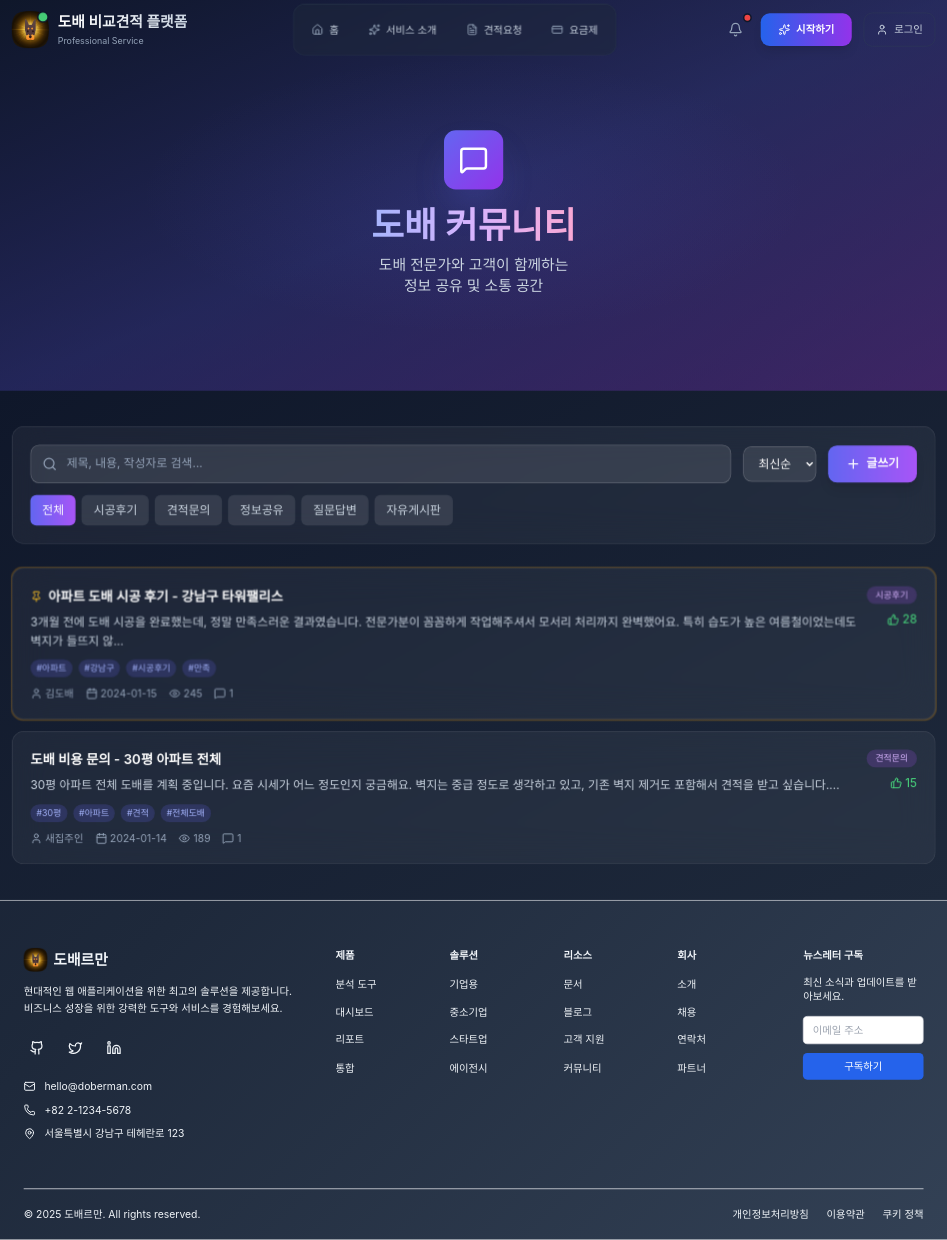
Repository: rambozzang/doberman_nextjs
Page: /board
The author's editor kept a copy of each file at every save. The page is drawn from the files as they stood at one save, then again after the next save.
The browser window is 1280 px wide. The pictures show the whole page, at 74% of full size.
The project was rebuilt for these pictures with package versions that can differ from the ones it lists, and the page was loaded fresh each time. The framework's server and built-in components were replaced by stand-ins that run in the browser. Also part of the build but not shown: next.config.mjs, next.config.ts, src/components/LoginModal.tsx.

Above is the page before, as saved 2025-06-23 08:07:47.

### src/app/layout.tsx
import type { Metadata } from "next";
import { Geist, Geist_Mono } from "next/font/google";
import "./globals.css";
import QueryProvider from "@/providers/QueryProvider";
import { GlobalProvider } from "@/providers/GlobalProvider";
import Header from "@/components/Header";
import Footer from "@/components/Footer";

const geistSans = Geist({
  variable: "--font-geist-sans",
  subsets: ["latin"],
});

const geistMono = Geist_Mono({
  variable: "--font-geist-mono",
  subsets: ["latin"],
});

export const metadata: Metadata = {
  title: "Doberman - Next.js App",
  description: "Modern Next.js application with Zustand and TanStack Query",
};

export default function RootLayout({
  children,
}: Readonly<{
  children: React.ReactNode;
}>) {
  return (
    <html lang="ko">
      <body
        className={`${geistSans.variable} ${geistMono.variable} antialiased`}
      >
        <QueryProvider>
          <GlobalProvider>
            <Header />
            <main className="min-h-screen">
              {children}
            </main>
            <Footer />
          </GlobalProvider>
        </QueryProvider>
      </body>
    </html>
  );
}

### src/providers/QueryProvider.tsx
'use client';

import { QueryClient, QueryClientProvider } from '@tanstack/react-query';
import { useState } from 'react';

export default function QueryProvider({
  children,
}: {
  children: React.ReactNode;
}) {
  const [queryClient] = useState(() => new QueryClient({
    defaultOptions: {
      queries: {
        staleTime: 60 * 1000, // 1분
        refetchOnWindowFocus: false,
      },
    },
  }));

  return (
    <QueryClientProvider client={queryClient}>
      {children}
    </QueryClientProvider>
  );
}

### src/providers/GlobalProvider.tsx
"use client";

import React from "react";

export function GlobalProvider({ children }: { children: React.ReactNode }) {
  return (
    <>
      {children}
    </>
  );
}

### src/components/Footer.tsx
"use client";

import React from "react";
import Link from "next/link";
import { motion } from "framer-motion";
import { Github, Twitter, Linkedin, Mail, Phone, MapPin } from "lucide-react";

import Image from "next/image";

interface FooterLink {
  title: string;
  href: string;
}

interface FooterSection {
  title: string;
  links: FooterLink[];
}

interface SocialLink {
  name: string;
  href: string;
  icon: React.ReactNode;
}

interface FooterProps {
  logo?: string;
  description?: string;
  sections?: FooterSection[];
  socialLinks?: SocialLink[];
  contactInfo?: {
    email?: string;
    phone?: string;
    address?: string;
  };
  showNewsletter?: boolean;
}

const defaultSections: FooterSection[] = [
  {
    title: "제품",
    links: [
      { title: "분석 도구", href: "/analytics" },
      { title: "대시보드", href: "/dashboard" },
      { title: "리포트", href: "/reports" },
      { title: "통합", href: "/integrations" },
    ],
  },
  {
    title: "솔루션",
    links: [
      { title: "기업용", href: "/enterprise" },
      { title: "중소기업", href: "/small-business" },
      { title: "스타트업", href: "/startups" },
      { title: "에이전시", href: "/agencies" },
    ],
  },
  {
    title: "리소스",
    links: [
      { title: "문서", href: "/docs" },
      { title: "블로그", href: "/blog" },
      { title: "고객 지원", href: "/help" },
      { title: "커뮤니티", href: "/community" },
    ],
  },
  {
    title: "회사",
    links: [
      { title: "소개", href: "/about" },
      { title: "채용", href: "/careers" },
      { title: "연락처", href: "/contact" },
      { title: "파트너", href: "/partners" },
    ],
  },
];

const defaultSocialLinks: SocialLink[] = [
  {
    name: "GitHub",
    href: "https://github.com",
    icon: <Github className="w-5 h-5" />,
  },
  {
    name: "Twitter",
    href: "https://twitter.com",
    icon: <Twitter className="w-5 h-5" />,
  },
  {
    name: "LinkedIn",
    href: "https://linkedin.com",
    icon: <Linkedin className="w-5 h-5" />,
  },
];

const Footer: React.FC<FooterProps> = ({
  logo = "도배르만",
  description = "현대적인 웹 애플리케이션을 위한 최고의 솔루션을 제공합니다. 비즈니스 성장을 위한 강력한 도구와 서비스를 경험해보세요.",
  sections = defaultSections,
  socialLinks = defaultSocialLinks,
  contactInfo = {
    email: "hello@doberman.com",
    phone: "+82 2-1234-5678",
    address: "서울특별시 강남구 테헤란로 123",
  },
  showNewsletter = true,
}) => {
  const handleNewsletterSubmit = (e: React.FormEvent) => {
    e.preventDefault();
    // 뉴스레터 구독 로직
    console.log("뉴스레터 구독");
  };

  return (
    <footer className="bg-background border-t border-border">
      <div className="container mx-auto px-4 sm:px-6 lg:px-8">
        {/* Main Footer Content */}
        <div className="py-12 lg:py-16">
          <div className="grid grid-cols-1 lg:grid-cols-12 gap-8 lg:gap-12">
            {/* Company Info */}
            <div className="lg:col-span-4 space-y-6">
              <motion.div
                initial={{ opacity: 0, y: 20 }}
                whileInView={{ opacity: 1, y: 0 }}
                transition={{ duration: 0.5 }}
                viewport={{ once: true }}
              >
                <Link href="/" className="flex items-center space-x-2 mb-4">
                  <Image src="/images/logo.png" alt="logo" width={32} height={32} />
                  <span className="text-xl font-bold text-foreground">{logo}</span>
                </Link>
                <p className="text-muted-foreground text-sm leading-relaxed">
                  {description}
                </p>
              </motion.div>

              {/* Social Links */}
              <motion.div
                initial={{ opacity: 0, y: 20 }}
                whileInView={{ opacity: 1, y: 0 }}
                transition={{ duration: 0.5, delay: 0.1 }}
                viewport={{ once: true }}
                className="flex space-x-4"
              >
                {socialLinks.map((social) => (
                  <motion.a
                    key={social.name}
                    href={social.href}
                    target="_blank"
                    rel="noopener noreferrer"
                    whileHover={{ scale: 1.1 }}
                    whileTap={{ scale: 0.95 }}
                    className="p-2 rounded-lg bg-accent/50 text-muted-foreground hover:text-foreground hover:bg-accent transition-colors"
                    aria-label={social.name}
                  >
                    {social.icon}
                  </motion.a>
                ))}
              </motion.div>

              {/* Contact Info */}
              {contactInfo && (
                <motion.div
                  initial={{ opacity: 0, y: 20 }}
                  whileInView={{ opacity: 1, y: 0 }}
                  transition={{ duration: 0.5, delay: 0.2 }}
                  viewport={{ once: true }}
                  className="space-y-3"
                >
                  {contactInfo.email && (
                    <div className="flex items-center space-x-3 text-sm text-muted-foreground">
                      <Mail className="w-4 h-4" />
                      <span>{contactInfo.email}</span>
                    </div>
                  )}
                  {contactInfo.phone && (
                    <div className="flex items-center space-x-3 text-sm text-muted-foreground">
                      <Phone className="w-4 h-4" />
                      <span>{contactInfo.phone}</span>
                    </div>
                  )}
                  {contactInfo.address && (
                    <div className="flex items-center space-x-3 text-sm text-muted-foreground">
                      <MapPin className="w-4 h-4" />
                      <span>{contactInfo.address}</span>
                    </div>
                  )}
                </motion.div>
              )}
            </div>

            {/* Footer Links */}
            <div className="lg:col-span-6 grid grid-cols-2 md:grid-cols-4 gap-8">
              {sections.map((section, index) => (
                <motion.div
                  key={section.title}
                  initial={{ opacity: 0, y: 20 }}
                  whileInView={{ opacity: 1, y: 0 }}
                  transition={{ duration: 0.5, delay: index * 0.1 }}
                  viewport={{ once: true }}
                  className="space-y-4"
                >
                  <h3 className="text-sm font-semibold text-foreground">
                    {section.title}
                  </h3>
                  <ul className="space-y-3">
                    {section.links.map((link) => (
                      <li key={link.title}>
                        <Link
                          href={link.href}
                          className="text-sm text-muted-foreground hover:text-foreground transition-colors"
                        >
                          {link.title}
                        </Link>
                      </li>
                    ))}
                  </ul>
                </motion.div>
              ))}
            </div>

            {/* Newsletter */}
            {showNewsletter && (
              <div className="lg:col-span-2">
                <motion.div
                  initial={{ opacity: 0, y: 20 }}
                  whileInView={{ opacity: 1, y: 0 }}
                  transition={{ duration: 0.5, delay: 0.3 }}
                  viewport={{ once: true }}
                  className="space-y-4"
                >
                  <h3 className="text-sm font-semibold text-foreground">
                    뉴스레터 구독
                  </h3>
                  <p className="text-sm text-muted-foreground">
                    최신 소식과 업데이트를 받아보세요.
                  </p>
                  <form onSubmit={handleNewsletterSubmit} className="space-y-3">
                    <input
                      type="email"
                      placeholder="이메일 주소"
                      className="w-full px-3 py-2 text-sm bg-background border border-border rounded-md focus:outline-none focus:ring-2 focus:ring-primary focus:border-transparent"
                      required
                    />
                    <button
                      type="submit"
                      className="w-full px-3 py-2 text-sm bg-blue-600 text-white rounded-md hover:bg-blue-700 transition-colors"
                    >
                      구독하기
                    </button>
                  </form>
                </motion.div>
              </div>
            )}
          </div>
        </div>

        {/* Bottom Bar */}
        <motion.div
          initial={{ opacity: 0 }}
          whileInView={{ opacity: 1 }}
          transition={{ duration: 0.5, delay: 0.4 }}
          viewport={{ once: true }}
          className="py-6 border-t border-border"
        >
          <div className="flex flex-col md:flex-row justify-between items-center space-y-4 md:space-y-0">
            <div className="text-sm text-muted-foreground">
              © {new Date().getFullYear()} {logo}. All rights reserved.
            </div>
            <div className="flex space-x-6">
              <Link
                href="/privacy"
                className="text-sm text-muted-foreground hover:text-foreground transition-colors"
              >
                개인정보처리방침
              </Link>
              <Link
                href="/terms"
                className="text-sm text-muted-foreground hover:text-foreground transition-colors"
              >
                이용약관
              </Link>
              <Link
                href="/cookies"
                className="text-sm text-muted-foreground hover:text-foreground transition-colors"
              >
                쿠키 정책
              </Link>
            </div>
          </div>
        </motion.div>
      </div>
    </footer>
  );
};

export default Footer;

Loaded but not shown: tailwind.config.js (131 lines, source omitted); src/app/board/page.tsx (669 lines, source omitted); src/app/globals.css (773 lines, source omitted); src/components/Header.tsx (322 lines, source omitted)

After the next save:
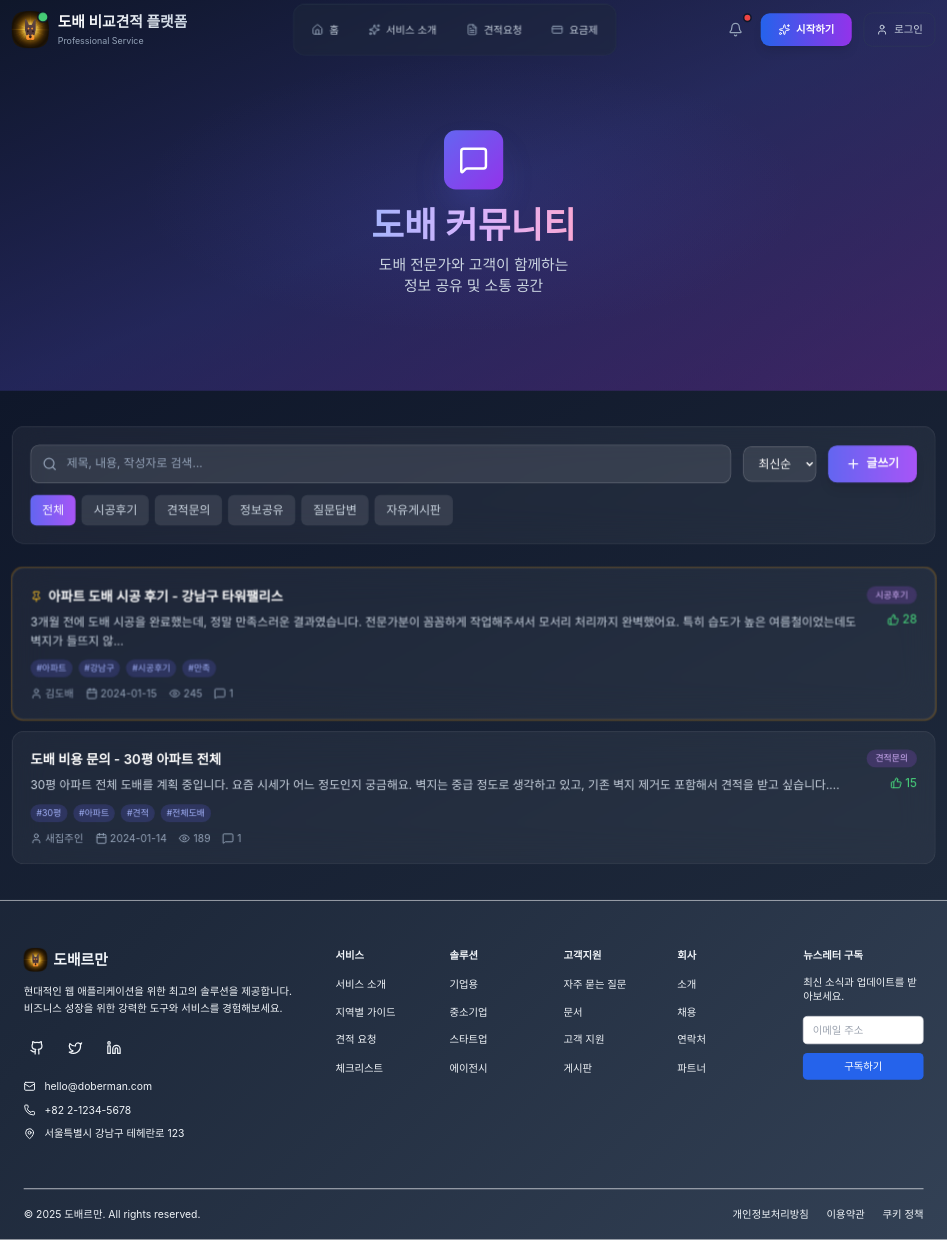
Saved 3 min 53 s later.
--- a/src/components/Footer.tsx
+++ b/src/components/Footer.tsx
@@ -38,12 +38,12 @@ interface FooterProps {
 
 const defaultSections: FooterSection[] = [
   {
-    title: "제품",
-    links: [
-      { title: "분석 도구", href: "/analytics" },
-      { title: "대시보드", href: "/dashboard" },
-      { title: "리포트", href: "/reports" },
-      { title: "통합", href: "/integrations" },
+    title: "서비스",
+    links: [
+      { title: "서비스 소개", href: "/service-intro" },
+      { title: "지역별 가이드", href: "/regional-guide" },
+      { title: "견적 요청", href: "/quote-request" },
+      { title: "체크리스트", href: "/checklist" },
     ],
   },
   {
@@ -56,12 +56,12 @@ const defaultSections: FooterSection[] = [
     ],
   },
   {
-    title: "리소스",
-    links: [
+    title: "고객지원",
+    links: [
+      { title: "자주 묻는 질문", href: "/faq" },
       { title: "문서", href: "/docs" },
-      { title: "블로그", href: "/blog" },
       { title: "고객 지원", href: "/help" },
-      { title: "커뮤니티", href: "/community" },
+      { title: "게시판", href: "/board" },
     ],
   },
   {
